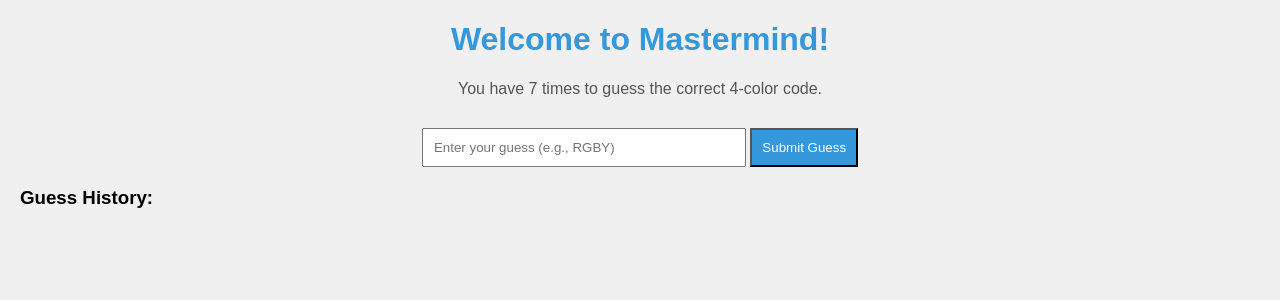
Repository: cheasopheaknita/Mastermind_Game
Page: http://localhost/
An editor plug-in stored every save of this project. The page is shown before and after the next save, followed by the edit.
The browser window is 1280 px wide. The pictures show the whole page.
The page is served by the project's application, run on Flask 3 (mastermind_project/app.py).

Above is the page before, as saved 2024-02-06 01:52:35.

After the next save:
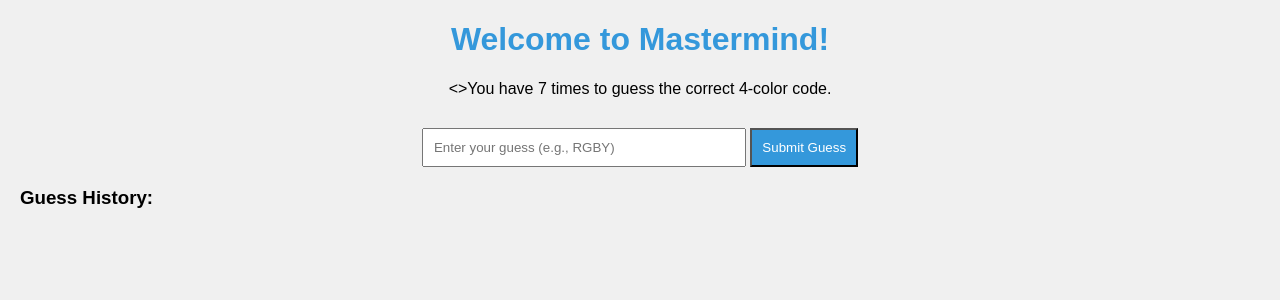
Saved 6 s later.
--- a/mastermind_project/templates/mastermind_game.html
+++ b/mastermind_project/templates/mastermind_game.html
@@ -70,7 +70,7 @@
 </head>
 <body>
     <h1>Welcome to Mastermind!</h1>
-    <p>You have 7 times to guess the correct 4-color code.</p>
+    <>You have 7 times to guess the correct 4-color code.</p>
 
     <div id="result"></div>
 

After the save that followed:
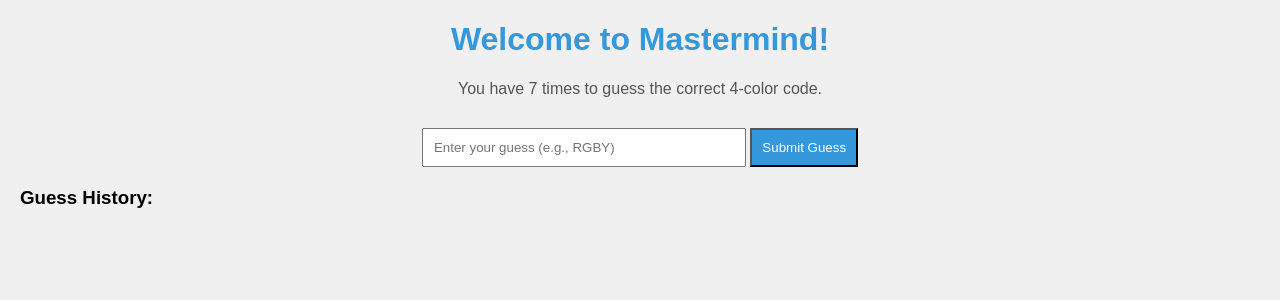
Saved 5 s later.
--- a/mastermind_project/templates/mastermind_game.html
+++ b/mastermind_project/templates/mastermind_game.html
@@ -70,7 +70,7 @@
 </head>
 <body>
     <h1>Welcome to Mastermind!</h1>
-    <>You have 7 times to guess the correct 4-color code.</p>
+    <p>You have 7 times to guess the correct 4-color code.</p>
 
     <div id="result"></div>
 
